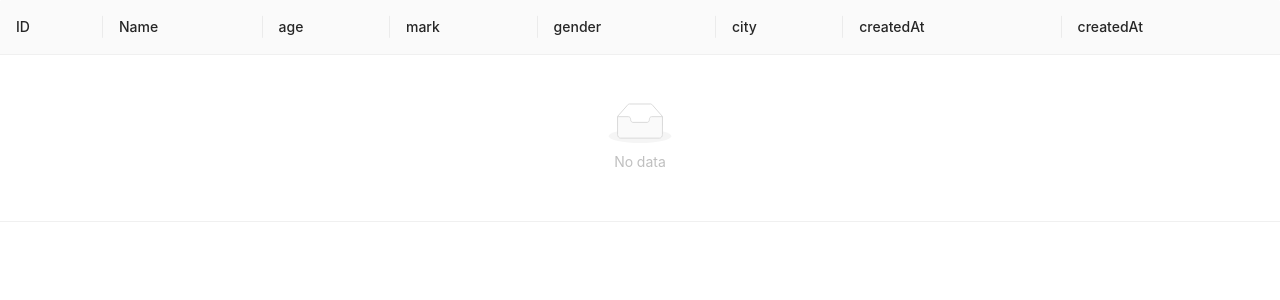
Repository: haminhdat1407/react-api-student
Page: /
These files come from the project's save history. The page is drawn as it stood at one moment and after the next save; the edit follows.
The browser window is 1280 px wide. The pictures show the whole page.
The page's requests for data from a server got no answer. The project was rebuilt for these pictures with package versions that can differ from the ones it lists, and the page was loaded fresh each time. No one was signed in, and anything a server would have sent is missing. Also part of the build but not shown: src/components/StudentList/style.css, src/styles.css.

Above is the page before, as saved 2022-03-12 19:44:40.

### public/index.html
<!DOCTYPE html>
<html lang="en">
  <head>
    <meta charset="utf-8" />
    <link rel="icon" href="%PUBLIC_URL%/favicon.ico" />
    <meta name="viewport" content="width=device-width, initial-scale=1" />
    <meta name="theme-color" content="#000000" />
    <meta
      name="description"
      content="Web site created using create-react-app"
    />
    <link rel="apple-touch-icon" href="%PUBLIC_URL%/logo192.png" />
    <link rel="stylesheet" href="https://cdnjs.cloudflare.com/ajax/libs/font-awesome/6.0.0/css/all.min.css" integrity="sha512-9usAa10IRO0HhonpyAIVpjrylPvoDwiPUiKdWk5t3PyolY1cOd4DSE0Ga+ri4AuTroPR5aQvXU9xC6qOPnzFeg==" crossorigin="anonymous" referrerpolicy="no-referrer" />
    <!--
      manifest.json provides metadata used when your web app is installed on a
      user's mobile device or desktop. See https://developers.google.com/web/fundamentals/web-app-manifest/
    -->
    <link rel="manifest" href="%PUBLIC_URL%/manifest.json" />

    <!--
      Notice the use of %PUBLIC_URL% in the tags above.
      It will be replaced with the URL of the `public` folder during the build.
      Only files inside the `public` folder can be referenced from the HTML.

      Unlike "/favicon.ico" or "favicon.ico", "%PUBLIC_URL%/favicon.ico" will
      work correctly both with client-side routing and a non-root public URL.
      Learn how to configure a non-root public URL by running `npm run build`.
    -->
    <title>React App</title>
  </head>
  <body>
    <noscript>You need to enable JavaScript to run this app.</noscript>
    <div id="root"></div>
    <!--
      This HTML file is a template.
      If you open it directly in the browser, you will see an empty page.

      You can add webfonts, meta tags, or analytics to this file.
      The build step will place the bundled scripts into the <body> tag.

      To begin the development, run `npm start` or `yarn start`.
      To create a production bundle, use `npm run build` or `yarn build`.
    -->
  </body>
</html>

### src/App.js
import { useEffect, useState } from 'react';
import studentApi from './apis/studentApi';
import StudentList from './components/StudentList';
import './styles.css';

export default function App() {
  const [studentList, setStudentList] = useState([]);
  const [idRemove, setIdRemove] = useState('');

  // get All
  useEffect(() => {
    try {
      (async () => {
        const responseStudent = await studentApi.getAll();
        setStudentList(responseStudent);
      })();
    } catch (error) {
      console.log(error);
    }
  }, []);

  //remove
  useEffect(() => {
    try {
      if (idRemove) {
        (async () => {
          const studentRemove = await studentApi.removeStudentByID(idRemove);
        })();
      }
    } catch (error) {
      console.log(error);
    }
  }, [idRemove]);
  const handleRemoveUser = (idDeleted) => {
    setIdRemove(idDeleted);

    const newStudentList = studentList.filter((student) => {
      // tra ve 1 mang moi...khong co id can xoa
      return student.id !== idDeleted;
    });
    setStudentList(newStudentList);
  };
  //  [dat01, dat02]].len 2 2

  //  id : "dat" + (data.lenght + 1)
  //  6 filed
  return (
    <>
      <StudentList data={studentList} onRemove={handleRemoveUser} />
    </>
  );
}

### src/apis/studentApi.js
import axiosClient from './axiosClient';

const studentApi = {
  getAll() {
    const url = `students`;
    return axiosClient.get(url);
  },

  removeStudentByID(id) {
    const url = `students/${id}`;
    return axiosClient.delete(url);
  },
};

export default studentApi;

### src/components/StudentList/index.jsx
import { Table } from 'antd';
import 'antd/dist/antd.css';
import PropTypes from 'prop-types';
import React from 'react';
import './style.css';

const { Column } = Table;

StudentList.propTypes = {
  data: PropTypes.array,
  onRemove: PropTypes.func,
};

function StudentList({ data, onRemove }) {
  const handleRemove = (id) => {
    onRemove(id);
  };

  return (
    <Table dataSource={data}>
      <Column title='ID' dataIndex='id' key='id' />
      <Column title='Name' dataIndex='name' key='name' />
      <Column title='age' dataIndex='age' key='age' />
      <Column title='mark' dataIndex='mark' key='mark' />
      <Column title='gender' dataIndex='gender' key='gender' />
      <Column title='city' dataIndex='city' key='city' />
      <Column title='createdAt' dataIndex='createdAt' key='createdAt' />
      <Column title='createdAt' dataIndex='createdAt' key='createdAt' />
    </Table>
  );
}

export default StudentList;

### src/apis/axiosClient.js
import axios from 'axios';

const axiosClient = axios.create({
  baseURL: 'https://js-post-api.herokuapp.com/api/',
  headers: {
    'Content-Type': 'application/json',
  },
});

axiosClient.interceptors.request.use(
  function (config) {
    return config;
  },
  function (error) {
    return Promise.reject(error);
  }
);

// Add a response interceptor
axiosClient.interceptors.response.use(
  function (response) {
    return response.data;
  },
  function (error) {
    return Promise.reject(error);
  }
);

export default axiosClient;

Loaded but not shown: src/index.js (common file); src/index.css (common file); src/reportWebVitals.js (common file)

After the next save:
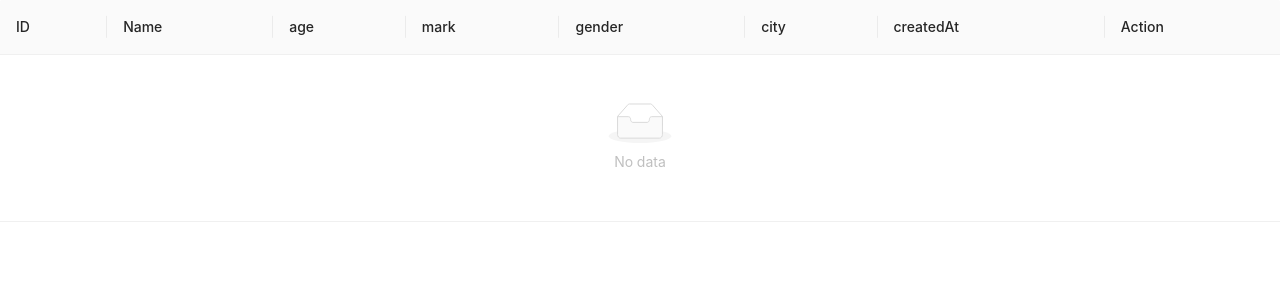
Saved 7 s later.
--- a/src/components/StudentList/index.jsx
+++ b/src/components/StudentList/index.jsx
@@ -25,7 +25,7 @@ function StudentList({ data, onRemove }) {
       <Column title='gender' dataIndex='gender' key='gender' />
       <Column title='city' dataIndex='city' key='city' />
       <Column title='createdAt' dataIndex='createdAt' key='createdAt' />
-      <Column title='createdAt' dataIndex='createdAt' key='createdAt' />
+      <Column title='Action' dataIndex='Action' key='Action' />
     </Table>
   );
 }
